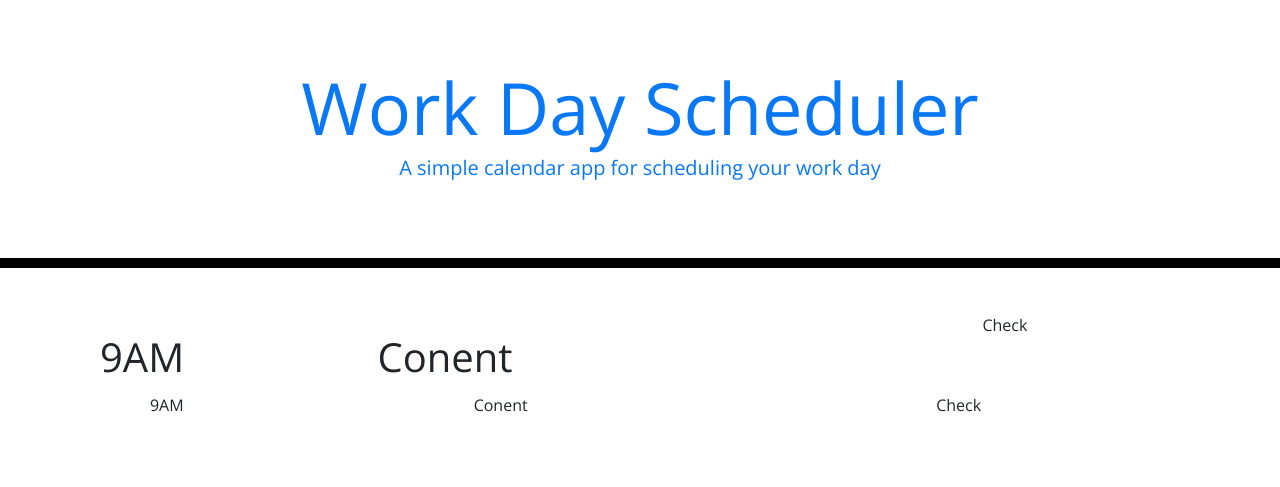
Repository: Mf948/DailyPlannerJS
Page: Develop/index.html
An editor plug-in stored every save of this project. The page is shown before and after the next save, followed by the edit.
The browser window is 1280 px wide. The pictures show the whole page.
Some web libraries are served in a nearby version.

Above is the page before, as saved 2020-12-09 16:53:12.
Console error: SyntaxError: missing ) after argument list

### Develop/index.html
<!DOCTYPE html>
<html lang="en">
  <head>
    <meta charset="UTF-8" />
    <meta name="viewport" content="width=device-width, initial-scale=1.0" />
    <meta http-equiv="X-UA-Compatible" content="ie=edge" />
    <link
      rel="stylesheet"
      href="https://stackpath.bootstrapcdn.com/bootstrap/4.3.1/css/bootstrap.min.css"
    />
    <link
      rel="stylesheet"
      href="https://use.fontawesome.com/releases/v5.8.1/css/all.css"
      integrity="sha384-50oBUHEmvpQ+1lW4y57PTFmhCaXp0ML5d60M1M7uH2+nqUivzIebhndOJK28anvf"
      crossorigin="anonymous"
    />
    <link
      href="https://fonts.googleapis.com/css?family=Open+Sans&display=swap"
      rel="stylesheet"
    />
    <link rel="stylesheet" href="style.css" />

    <title>Work Day Scheduler</title>
  </head>

  <body>
    <header class="jumbotron">
      <h1 class="display-3">Work Day Scheduler</h1>
      <p class="lead">A simple calendar app for scheduling your work day</p>
      <p id="currentDay" class="lead"></p>
    </header>
    <div class="container">
      <!-- Timeblocks go here -->
      <div class="container">
        <div class="row">
          <div class="col">
            <h1>9AM</h1>
          </div>
          <div class="col-6">
            <div class="h1">Conent</div>
          </div>
          <div class="col">
            Check
          </div>
        </div>
        <div class="row">
          <div class="col">
            9AM
          </div>
          <div class="col-5">
            Conent
          </div>
          <div class="col">
            Check
          </div>
        </div>
      </div>

</table>
    </div>
    <script src="https://unpkg.com/dayjs@1.8.21/dayjs.min.js"></script>
    <script src="https://unpkg.com/dayjs@1.8.21/dayjs.min.js"></script>
    <script src="https://cdnjs.cloudflare.com/ajax/libs/jquery/3.2.1/jquery.min.js"></script>
    <script src="https://cdnjs.cloudflare.com/ajax/libs/moment.js/2.24.0/moment.min.js"></script>
    <script src = "script.js"></script>
  </body>
</html>

### Develop/style.css
body {
  font-family: 'Open Sans', sans-serif;
  font-size: 16px;
  line-height: 1;
}

textarea{
  background: transparent;
  border: none;
  resize: none;
  color: #000000;
  border-left: 1px solid black;
  padding: 10px;
}

.jumbotron {
  text-align: center;
  background-color: transparent;
  color: rgb(9, 120, 246);
  border-radius: 0;
  border-bottom: 10px solid black;
}

.description{
  white-space: pre-wrap;
}

.time-block{
  text-align: center;
  border-radius: 15px;
}

.row {
  white-space: pre-wrap;
  height: 80px;
  border-top: 1px solid white;;
}

.hour {
  background-color: #df1212;
  color: #000000;
  border-top: 1px dashed #000000;
}

.past {
  background-color: #d3d3d3;
  color: white;
}

.present {
  background-color: #ff6961;
  color: white;
}

.future {
  background-color: #77dd77;
  color: white;
}

.saveBtn {
  border-left: 1px solid black;
  border-top-right-radius: 15px;
  border-bottom-right-radius: 15px;
  background-color: #06AED5;
  color: white;
}

.saveBtn i:hover {
  font-size: 20px;
  transition: all .3s ease-in-out;
}

### Develop/script.js

 $(document).ready(function() {
     console.log
    // currentDay
    $("#currentDay").text(dayjs().format('dddd, MMM D')
 })

After the next save:
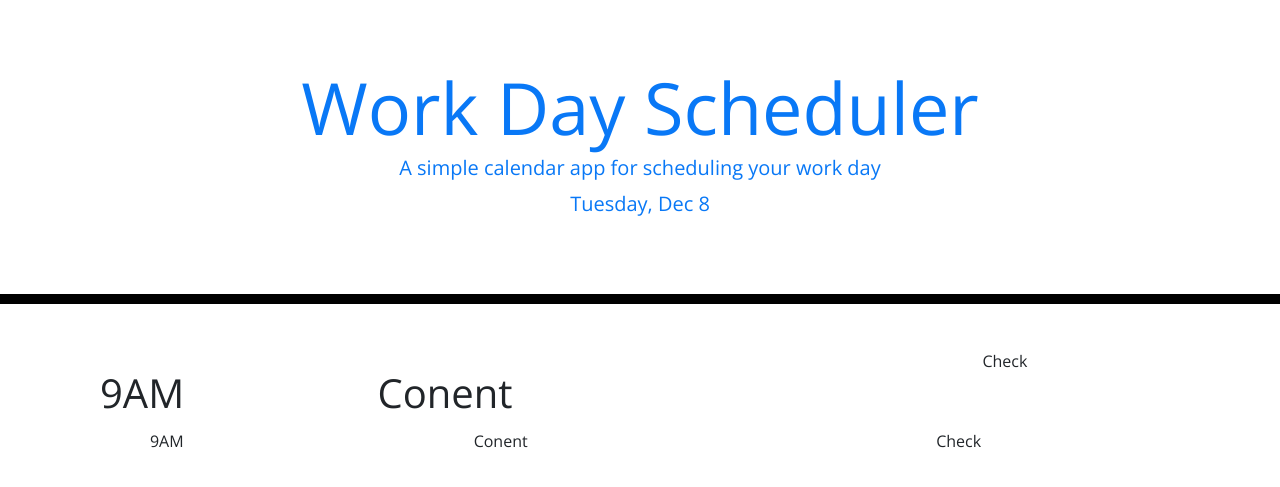
The error is gone.
Saved 13 s later.
--- a/Develop/script.js
+++ b/Develop/script.js
@@ -2,5 +2,5 @@
  $(document).ready(function() {
      console.log
     // currentDay
-    $("#currentDay").text(dayjs().format('dddd, MMM D')
+    $("#currentDay").text(dayjs().format('dddd, MMM D'))
  })
